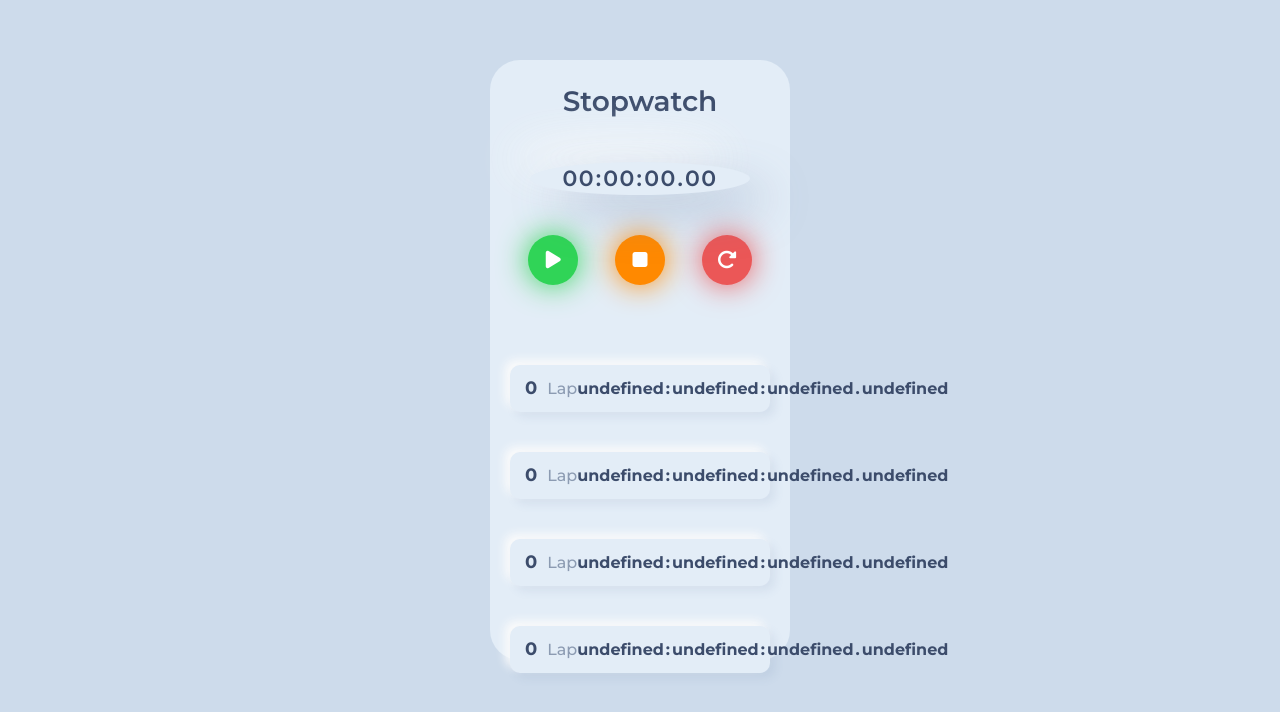
Repository: dinhtri123/stopwatch
Page: index.html
An editor plug-in stored every save of this project. The page is shown before and after a run of saves, followed by the edit.
The browser window is 1280 px wide. The pictures show the whole page.
After loading, the first visible `button.btn-reset` was clicked once.

Above is the page before, as saved 2023-01-05 15:01:01.

After the next 2 saves:
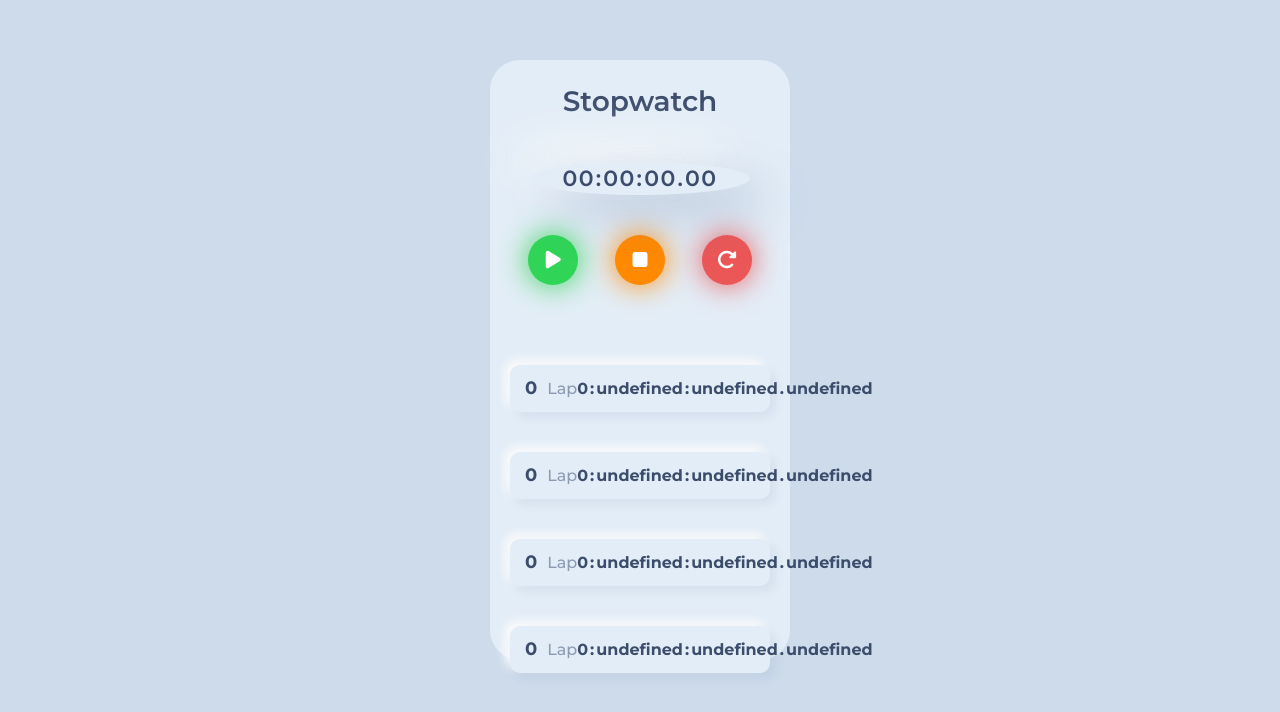
The 2 saves are shown as one change because they came seconds apart.
The last was saved 13 s later.
--- a/index.js
+++ b/index.js
@@ -97,7 +97,7 @@
         <span>Lap</span>
       </div>
       <div class="timer-lap">
-        <p>${getTimerStorage[i][0]}</p>
+        <p>${getTimerStorage[i][time]}</p>
         <span>:</span>
         <p>${getTimerStorage[i][1]}</p>
         <span>:</span>

After the save that followed:
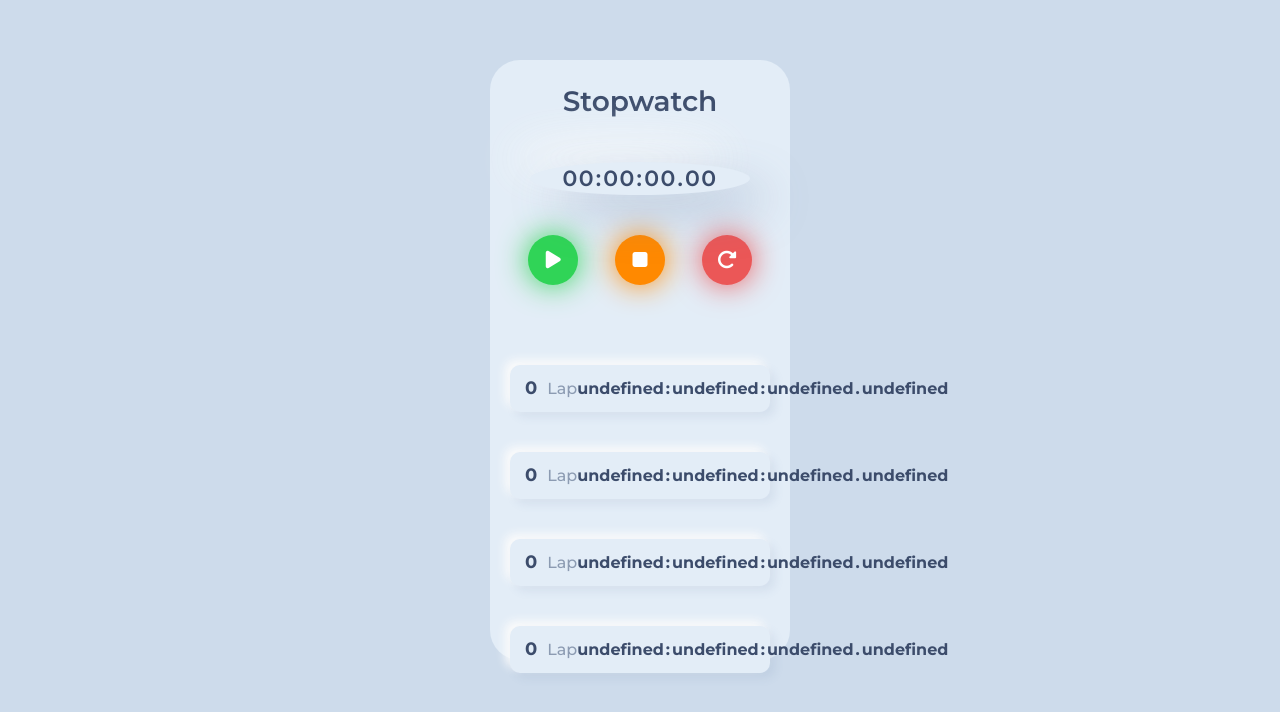
Saved 13 s later.
--- a/index.js
+++ b/index.js
@@ -97,7 +97,7 @@
         <span>Lap</span>
       </div>
       <div class="timer-lap">
-        <p>${getTimerStorage[i][time]}</p>
+        <p>${getTimerStorage[i][time][0]}</p>
         <span>:</span>
         <p>${getTimerStorage[i][1]}</p>
         <span>:</span>
